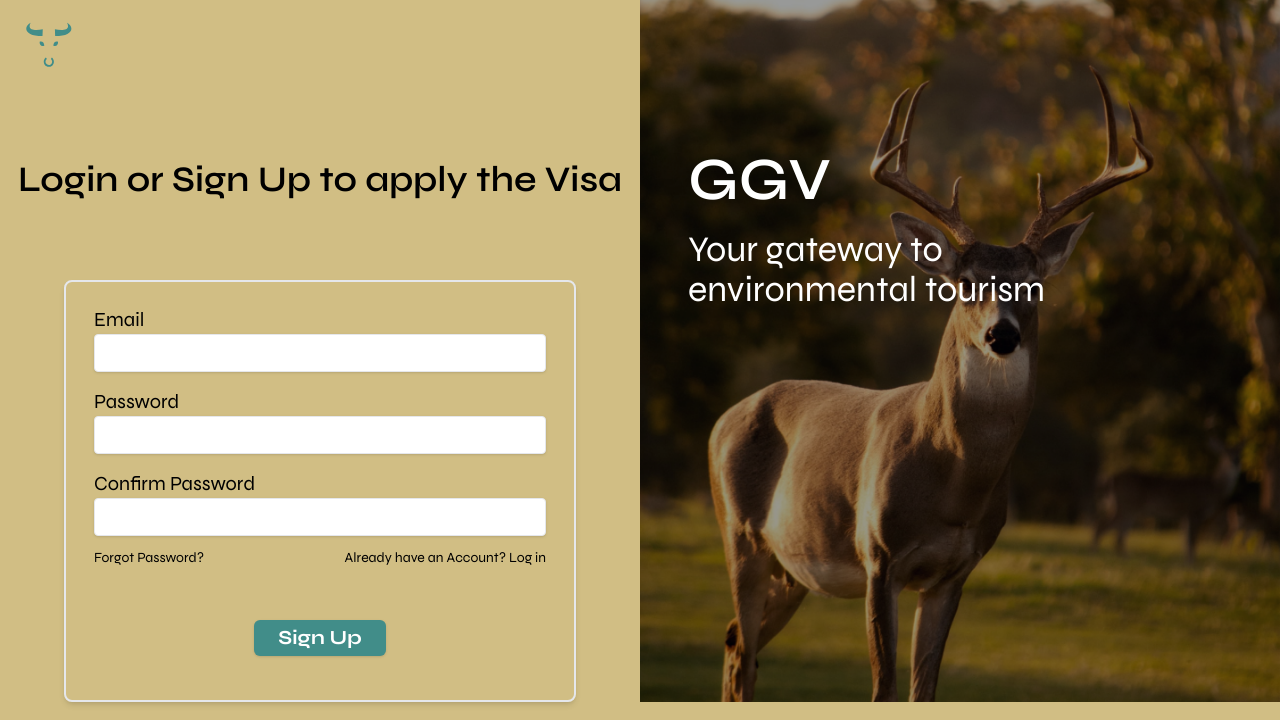
Repository: EngrAhmadUmar/landing-page
Page: /register
The author's editor kept a copy of each file at every save. The page is drawn from the files as they stood at one save, then again after the next save.
The browser window is 1280 px wide. The pictures show the whole page.
The project was rebuilt for these pictures with package versions that can differ from the ones it lists, and the page was loaded fresh each time. The framework's server and built-in components were replaced by stand-ins that run in the browser. Also part of the build but not shown: next.config.js, styles/Home.module.css, src/Components/ApplyPageComponents/ApplyForm.jsx, src/Components/ApplyPageComponents/LoginForm.jsx.

Above is the page before, as saved 2022-07-06 11:43:42.

### pages/_app.js
import "../styles/globals.css";
import { ApolloClient, InMemoryCache, ApolloProvider } from "@apollo/client";

//apollo clients
const client = new ApolloClient({
  uri: "http://localhost:1337/graphql",
  cache: new InMemoryCache()
});

function MyApp({ Component, pageProps }) {
  return (
    <ApolloProvider client={client}>
      <Component {...pageProps} />
    </ApolloProvider>
  );
}

export default MyApp;

### pages/register.js
import React from "react";
import { RegisterForm } from "../src/Components/ApplyPageComponents/Index";

export default function Login() {
  return (
    <React.Fragment>
      <div className="bg-[#d1be84] h-[100vh]">
        <RegisterForm />
      </div>
    </React.Fragment>
  );
}

### styles/globals.css
@import url("https://fonts.googleapis.com/css2?family=Poppins:wght@400;500;600&family=Syne:wght@400;500;600;700&display=swap");

@tailwind base;
@tailwind components;
@tailwind utilities;

### src/Components/ApplyPageComponents/Index.jsx
export { default as ApplyForm } from "./ApplyForm";
export { default as LoginForm } from "./LoginForm";
export { default as RegisterForm } from "./RegisterForm";

### src/Components/ApplyPageComponents/RegisterForm.jsx
import { gql, useMutation } from "@apollo/client";
import Head from "next/head";
import Image from "next/image";
import Link from "next/link";
import { useState, useRef } from "react";
import styles from "../../../styles/Home.module.css";

const reg = gql`
  mutation joinUs($username: String!, $email: String!, $password: String!) {
    register(input: { email: $email, password: $password }) {
      jwt
      user {
        id
        email
      }
    }
  }
`;

const JoinUs = () => {
  const emailInputRef = useRef();
  const passwordInputRef = useRef();
  const confirmPasswordInputRef = useRef();

  const [email, setEmail] = useState("");
  const onChangeEmail = (e) => {
    setEmail(e.target.value);
  };
  const [password, setPassword] = useState("");
  const onChangePassword = (e) => {
    setPassword(e.target.value);
  };

  const [confirmPassowrd, setConfirmPassword] = useState("");
  const confirmPasswordChangeHandler = (event) => {
    setConfirmPassword(event.target.value);
  };
  const [joinUs, { data, loading, error }] = useMutation(reg, {
    variables: {
      email: email,
      password: password
    }
  });

  const onSubmit = (e) => {
    e.preventDefault();
    if (email === "" || password === "") {
      return alert("please fill in all fields");
    }

    // check if the password match
    if (
      passwordInputRef.current.value != confirmPasswordInputRef.current.value
    ) {
      return alert("Passwords must match");
    }
    joinUs(password, email);

    setEmail("");
    setPassword("");
    setConfirmPassword("");
  };

  return (
    <div className=" font-syne " id="joinUs">
      <Head>
        <title>Welcome to GGV</title>
        <meta name="description" content="Join Our Family" />
      </Head>
      <div className="font-syne bg-[#d1be84] bg-cover grid grid-col-1 md:grid-cols-2 2xl:h-[100vh]">
        <div className="">
          <div className="w-[50px] h-40 pt-5 ml-6">
            <Image
              src="/logo.svg"
              layout="responsive"
              width={5}
              height={5}
              opacity={100}
            />
          </div>
          <h3
            className={`${
              styles.headings
            }  ${"text-center text-3xl md:text-4xl mb-5 font-semibold"}`}
          >
            Login or Sign Up to apply the Visa
          </h3>
          <form
            onSubmit={onSubmit}
            className="shadow-md rounded-lg px-7 pt-6 pb-8 mt-[5rem] lg:mx-12 xl:mx-auto border-gray border-2 font-Syne md:max-w-lg"
          >
            <div className="mb-4">
              <label className="text-lg md:text-xl">Email</label>
              <input
                type="email"
                ref={emailInputRef}
                value={email}
                onChange={onChangeEmail}
                placeholder=""
                className="shadow appearance-none border rounded w-full py-2 px-3 text-gray-700 leading-tight focus:outline-none focus:shadow-outline"
              />
            </div>
            <div className="mb-4">
              <label className="text-lg md:text-xl">Password</label>
              <input
                type="password"
                ref={passwordInputRef}
                value={password}
                onChange={onChangePassword}
                placeholder=""
                className="shadow appearance-none border rounded w-full py-2 px-3 text-gray-700 leading-tight focus:outline-none focus:shadow-outline"
              />
            </div>
            <div className="">
              <label className="text-lg md:text-xl">Confirm Password</label>
              <input
                type="password"
                ref={confirmPasswordInputRef}
                value={confirmPassowrd}
                onChange={confirmPasswordChangeHandler}
                placeholder=""
                className="shadow appearance-none border rounded w-full py-2 px-3 text-gray-700 leading-tight focus:outline-none focus:shadow-outline"
              />
            </div>

            <div className="text-sm flex items-center justify-between mt-3  cursor-pointer">
              <h3 className="hover:text-green">Forgot Password?</h3>
              <Link href="/login">
                <h3 className="hover:text-green">
                  Already have an Account? Log in
                </h3>
              </Link>
            </div>
            <div className="mt-5 flex items-center justify-center px-0">
              <button
                className="shadow focus:shadow-outline focus:outline-none text-white font-bold py-1 px-6 md:text-xl bg-[#418d89] rounded-md mt-8 mb-3"
                onClick={onSubmit}
              >
                Sign Up
              </button>
            </div>
          </form>
        </div>

        <div className="md:flex hidden text-white bg-[url('/apply_for_visa_bg.png')]  bg-cover bg-no-repeat sm:bg-center md:bg-bottom lg:bg-bottom xl:bg-bottom 2xl:center">
          <div className="mt-[50px] md:mt-[150px] mx-4 md:mx-12">
            <h3 className="  text-4xl md:text-5xl lg:text-6xl font-semibold">
              GGV
            </h3>
            <p className="max-w-md md:max-w-xl text-2xl md:text-4xl mt-5">
              Your gateway to <br></br>environmental tourism
            </p>
          </div>
          <div></div>
        </div>
      </div>
      <>
        {data && (
          <div>
            <h1>Token: {data.register?.jwt}</h1>
            <span>UserID: {data.register.user?.id} </span>
            <span>UserEmail: {data.register.user?.email} </span>
          </div>
        )}
      </>
    </div>
  );
};

export default JoinUs;

### tailwind.config.js
/** @type {import('tailwindcss').Config} */
module.exports = {
  content: [
    "./pages/**/*.{js,ts,jsx,tsx}",
    "./components/**/*.{js,ts,jsx,tsx}",
    "./src/Components/**/*.{js,ts,jsx,tsx}"
  ],
  theme: {
    extend: {
      colors: {
        black: "#000107",
        green: "#418D89"
      },
      fontFamily: {
        syne: ["Syne"]
      }
    }
  },
  plugins: []
};

After the next save:
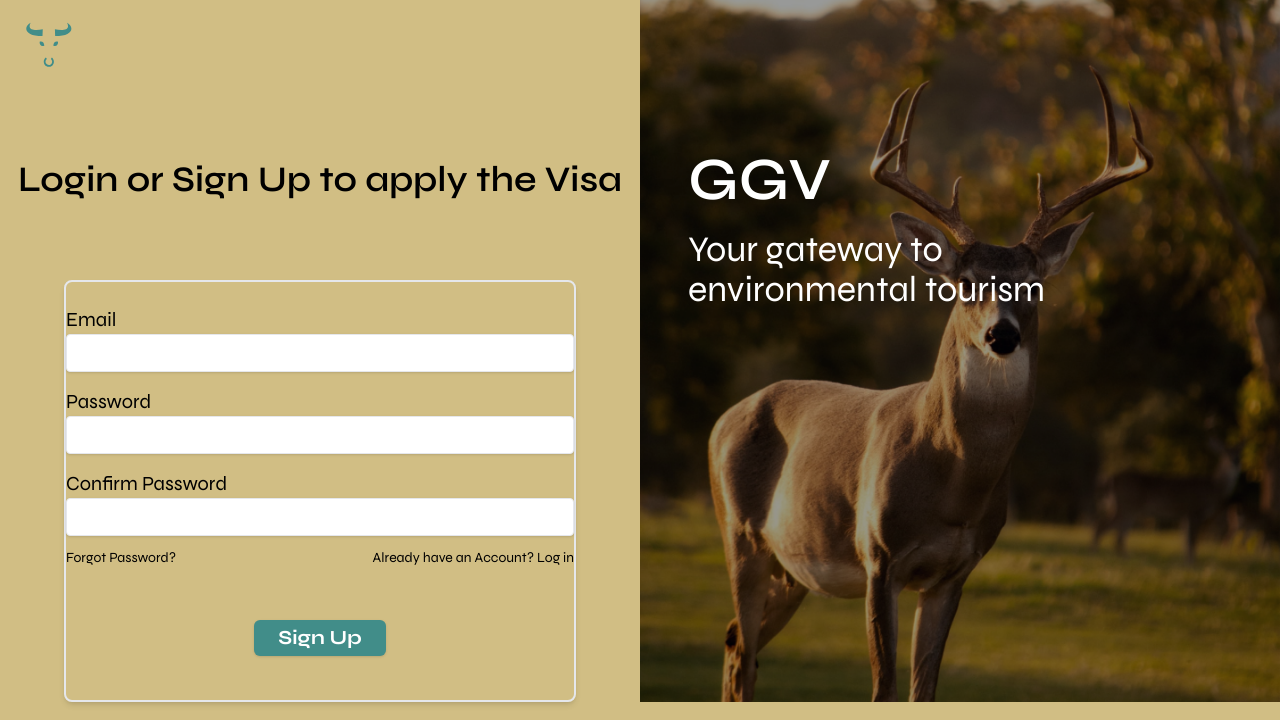
Saved 26 s later.
--- a/src/Components/ApplyPageComponents/RegisterForm.jsx
+++ b/src/Components/ApplyPageComponents/RegisterForm.jsx
@@ -87,7 +87,7 @@
           </h3>
           <form
             onSubmit={onSubmit}
-            className="shadow-md rounded-lg px-7 pt-6 pb-8 mt-[5rem] lg:mx-12 xl:mx-auto border-gray border-2 font-Syne md:max-w-lg"
+            className="shadow-md rounded-lg pt-6 pb-8 mt-[5rem] lg:mx-12 xl:mx-auto border-gray border-2 font-Syne md:max-w-lg"
           >
             <div className="mb-4">
               <label className="text-lg md:text-xl">Email</label>
@@ -131,7 +131,7 @@
                 </h3>
               </Link>
             </div>
-            <div className="mt-5 flex items-center justify-center px-0">
+            <div className="mt-5 flex items-center justify-center">
               <button
                 className="shadow focus:shadow-outline focus:outline-none text-white font-bold py-1 px-6 md:text-xl bg-[#418d89] rounded-md mt-8 mb-3"
                 onClick={onSubmit}

After the save that followed:
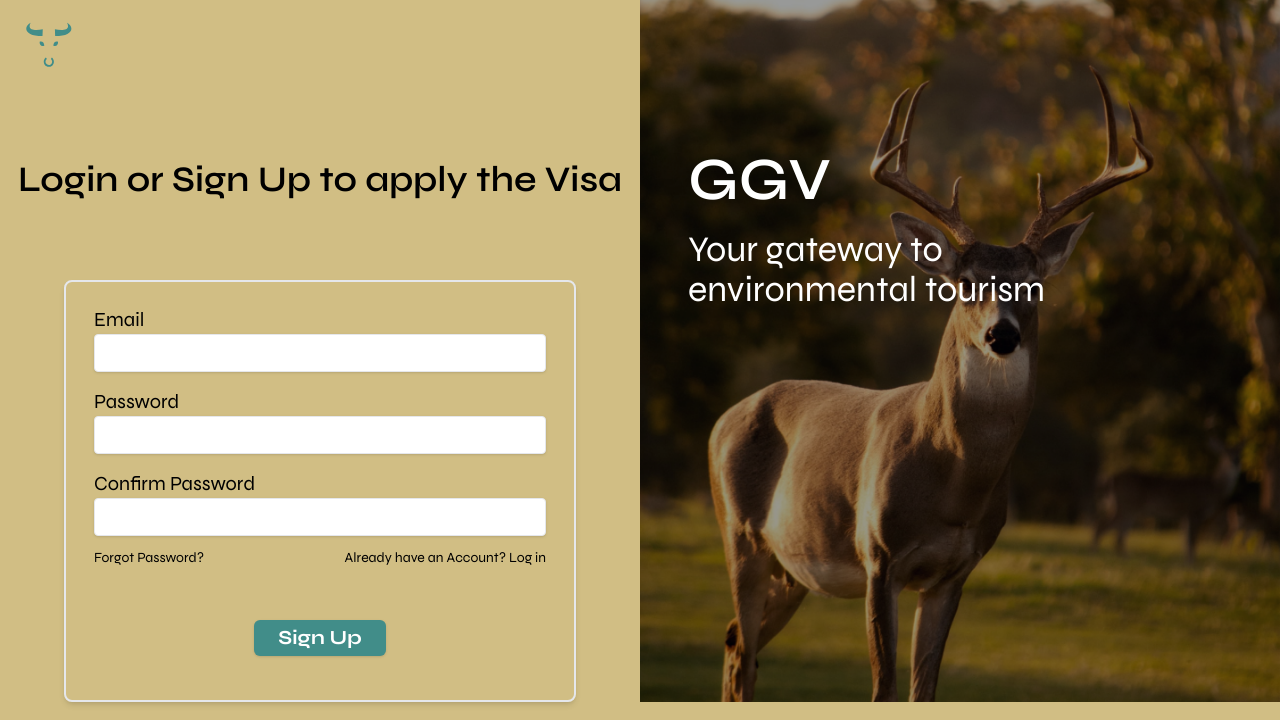
Saved 5 s later.
--- a/src/Components/ApplyPageComponents/RegisterForm.jsx
+++ b/src/Components/ApplyPageComponents/RegisterForm.jsx
@@ -87,7 +87,7 @@
           </h3>
           <form
             onSubmit={onSubmit}
-            className="shadow-md rounded-lg pt-6 pb-8 mt-[5rem] lg:mx-12 xl:mx-auto border-gray border-2 font-Syne md:max-w-lg"
+            className="shadow-md rounded-lg px-7 pt-6 pb-8 mt-[5rem] lg:mx-12 xl:mx-auto border-gray border-2 font-Syne md:max-w-lg"
           >
             <div className="mb-4">
               <label className="text-lg md:text-xl">Email</label>
